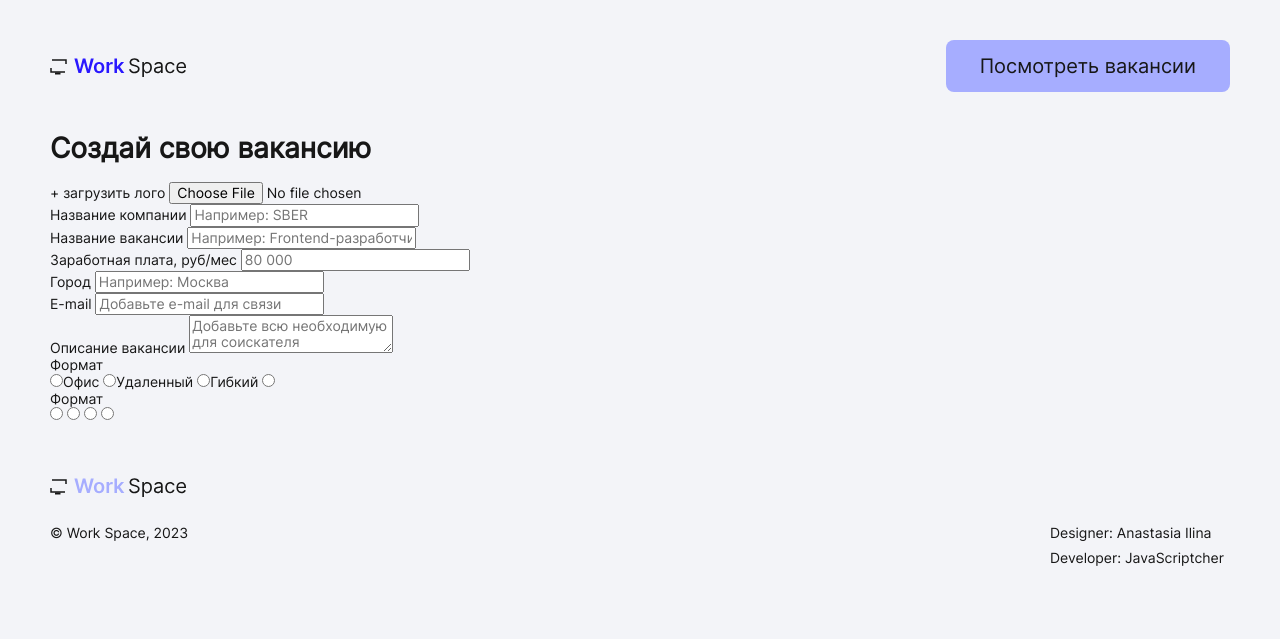
Repository: alexboagreek/workspace_js
Page: employer.html
An editor plug-in stored every save of this project. The page is shown before and after the next save, followed by the edit.
The browser window is 1280 px wide. The pictures show the whole page.

Above is the page before, as saved 2023-09-12 12:25:32.
Console error: TypeError: Cannot read properties of null (reading 'addEventListener')

### employer.html
<!DOCTYPE html>
<html lang="ru">
  <head>
    <meta charset="UTF-8" />
    <meta name="viewport" content="width=device-width, initial-scale=1.0" />
    <title>Workspace - добавить вакансию</title>

    <link rel="stylesheet" href="index.css" />

    <script src="js/choices.min.js" defer></script>
    <script src="js/script.js" defer></script>
  </head>

  <body>
    <header class="header">
      <div class="container header__container">
        <img class="header__logo" src="img/logo.svg" alt="Логитип WorkSpace" />

        <a class="header__link" href="#vacancies">Посмотреть вакансии</a>
      </div>
    </header>

    <main>
      <section class="employer">
        <div class="container">
          <h1 class="employer__title">Создай свою вакансию</h1>

          <form class="employer__form">
            <div class="employer__file file">
              <div class="file__wrap-preview">
                <img src="#" alt="" class="file__preview" />
              </div>

              <div class="file__wrap-btn">
                <label for="logo" class="file__label"> + загрузить лого </label>
                <input
                  name="logo"
                  type="file"
                  class="file__input"
                  id="logo"
                  accept="image/png, image/jpeg"
                />
              </div>

              <fieldset class="employer__fildset">
                <div class="employer__wrap-input">
                  <label class="employer__label" for="company"
                    >Название компании</label
                  >

                  <input
                    type="text"
                    class="employer__input"
                    id="company"
                    name="company"
                    placeholder="Например: SBER"
                  />
                </div>
              </fieldset>

              <fieldset class="employer__fieldset-input">
                <div class="employer__wrap-input">
                  <label class="employer__label" for="title"
                    >Название вакансии</label
                  >

                  <input
                    type="text"
                    class="employer__input"
                    id="title"
                    name="title"
                    placeholder="Например: Frontend-разработчик"
                  />
                </div>
              </fieldset>

              <fieldset class="employer__fildset">
                <div class="employer__wrap-input">
                  <label class="employer__label" for="salary"
                    >Заработная плата, руб/мес</label
                  >

                  <input
                    type="number"
                    class="employer__input"
                    id="salary"
                    name="salary"
                    placeholder="80 000"
                  />
                </div>
              </fieldset>

              <fieldset class="employer__fildset">
                <div class="employer__wrap-input">
                  <label class="employer__label" for="location">Город</label>

                  <input
                    type="text"
                    class="employer__input"
                    id="location"
                    name="location"
                    placeholder="Например: Москва"
                  />
                </div>
              </fieldset>

              <fieldset class="employer__fildset">
                <div class="employer__wrap-input">
                  <label class="employer__label" for="email">E-mail</label>

                  <input
                    type="email"
                    class="employer__input"
                    id="email"
                    name="email"
                    placeholder="Добавьте e-mail для связи"
                  />
                </div>
              </fieldset>
            </div>

            <fieldset class="employer__fieldset-textarea">
              <label class="employer__label" for="description"
                >Описание вакансии</label
              >

              <textarea
                class="employer__textarea"
                name="description"
                id="description"
                placeholder="Добавьте всю необходимую для соискателя информацию"
              ></textarea>
            </fieldset>


            <div class="employer__radio-buttons">

              <fieldset class="employer__fieldset-radio">
                <legend class="employer__legend">Формат</legend>

                <label class="employer__label-radio radio">
                  <input type="radio" class="radio__input" id="" name="" value="">Офис
                </label>

                <label class="employer__label-radio radio">
                  <input type="radio" class="radio__input" id="" name="" value="">Удаленный
                </label>

                <label class="employer__label-radio radio">
                  <input type="radio" class="radio__input" id="" name="" value="">Гибкий
                </label>

                <label class="employer__label-radio radio">
                  <input type="radio" class="radio__input" id="" name="" value="">
                </label>
              </fieldset>

              <fieldset class="employer__fieldset-radio">
                <legend class="employer__legend">Формат</legend>

                <label class="employer__label-radio radio">
                  <input type="radio" class="radio__input" id="" name="" value="">
                </label>

                <label class="employer__label-radio radio">
                  <input type="radio" class="radio__input" id="" name="" value="">
                </label>

                <label class="employer__label-radio radio">
                  <input type="radio" class="radio__input" id="" name="" value="">
                </label>

                <label class="employer__label-radio radio">
                  <input type="radio" class="radio__input" id="" name="" value="">
                </label>
              </fieldset>
            </div>
          </form>
        </div>
      </section>
    </main>

    <footer class="footer">
      <div class="container footer__container">
        <img
          class="footer__logo"
          src="img/logo-footer.svg"
          alt="Логотип WorkSpace"
        />

        <p class="footer__copyright">© Work Space, 2023</p>

        <ul class="footer__contacts">
          <li class="footer__contact">
            Designer:
            <a class="footer__link" href="#">Anastasia Ilina</a>
          </li>
          <li class="footer__contact">
            Developer:
            <a class="footer__link" href="#">JavaScriptcher</a>
          </li>
        </ul>
      </div>
    </footer>
  </body>
</html>

### index.css
@import "style/normalize.css";
@import "style/choices.min.css";
@import "style/style.css";
@import "style/header.css";
@import "style/hero.css";
@import "style/vacancies.css";
@import "style/filter.css";
@import "style/choices.css";
@import "style/checkbox.css";
@import "style/cards.css";
@import "style/vacancy.css";
@import "style/footer.css";
@import "style/modal.css";
@import "style/detail.css";

### style/style.css
@font-face {
  font-family: Inter;
  font-weight: 400;
  src: url("../fonts/inter-regular.woff2") format("woff2"),
    url("../fonts/inter-regular.woff") format("woff");
}

html {
  scroll-behavior: smooth;
  position: relative;
  box-sizing: border-box;
}

*,
*:before,
*:after {
  box-sizing: inherit;
}

body {
  min-width: 320px;
  min-height: 100vh;
  font-family: Inter, sans-serif;
  font-size: 14px;
  color: #171717;
  background-color: #f3f4f8;
  line-height: 1.2;
}

img,
svg {
  max-width: 100%;
  max-height: 100%;
  height: auto;
}

button {
  padding: 0;
  border: 0;
  cursor: pointer;
  background-color: transparent;
}

a {
  text-decoration: none;
  color: inherit;
}

ul {
  padding: 0;
  margin: 0;
  list-style: none;
}

h1,
h2,
h3,
p {
  margin: 0;
}

fieldset {
  padding: 0;
  margin: 0;
  border: 0;
}

.visually-hidden {
  position: fixed;
  transform: scale(0);
}

.container {
  --width: 1180px;
  --padding: 30px;
  max-width: calc(var(--width) + var(--padding) * 2);
  margin: 0 auto;
  padding: 0 var(--padding);
}

.blue-text {
  color: #2a18ff;
}

@media (max-width: 1140px) {
  .container {
    --width: 880px;
  }
}

@media (max-width: 940px) {
  .container {
    --width: 680px;
  }
}

@media (max-width: 640px) {
  .container {
    --padding: 15px;
  }
}

### style/header.css
.header {
  padding: 40px 0;
}

.header__container {
  display: flex;
  align-items: center;
  justify-content: space-between;
}

.header__link {
  padding: 12px 32px;
  border-radius: 8px;
  background-color: #a6adff;
  font-size: 20px;
  border: 2px solid transparent;
  transition-property: color, background-color;
  transition-duration: 0.2s;
  transition-timing-function: ease-in-out;
}

.header__link:focus-visible {
  border-color: #4f58be;
}

.header__link:hover {
  color: #fff;
  background-color: #2a18ff;
}

@media (max-width: 1140px) {
  .header {
    padding: 32px 0 40px;
  }
}

@media (max-width: 940px) {
  .header {
    padding: 24px 0 30px;
  }

  .header__link {
    padding: 8px 23px;
    font-size: 14px;
  }
}

@media (max-width: 640px) {
  .header {
    padding: 24px 0 20px;
  }

  .header__link {
    display: none;
  }
}

### style/hero.css
.hero {
  padding: 60px 0 50px;
}

.hero__container {
  position: relative;
  padding-top: 57px;
  padding-bottom: 57px;
}

.hero__container:after {
  content: "";
  position: absolute;
  right: -9px;
  top: 0;
  bottom: 0;
  width: 421px;
  background: url("../img/laptop.png") no-repeat center/contain;
}

.hero__title {
  position: relative;
  z-index: 2;
  max-width: 780px;
  font-size: 90px;
  letter-spacing: 1.8px;
  text-transform: uppercase;
}

@media (max-width: 1140px) {
  .hero {
    padding: 40px 0;
  }

  .hero__container {
    padding-top: 53px;
    padding-bottom: 53px;
  }

  .hero__container:after {
    width: 340px;
  }

  .hero__title {
    max-width: 580px;
    font-size: 64px;
    letter-spacing: 1.28px;
  }
}

@media (max-width: 940px) {
  .hero {
    padding: 30px 0;
  }

  .hero__container {
    padding-top: 40px;
    padding-bottom: 40px;
  }

  .hero__container:after {
    width: 269px;
  }

  .hero__title {
    max-width: 450px;
    font-size: 52px;
    letter-spacing: 1.04px;
  }
}

@media (max-width: 640px) {
  .hero {
    padding-top: 20px;
    padding-bottom: 10px;
  }

  .hero__container {
    padding-top: 0;
    padding-bottom: 234px;
  }

  .hero__title {
    max-width: 290px;
    text-align: center;
    margin: 0 auto;
    font-size: 32px;
  }

  .hero__container:after {
    right: auto;
    top: auto;
    height: 269px;
    left: 50%;
    transform: translateX(-50%);
    background-position: bottom;
  }
}

### style/vacancies.css
.vacancies {
  padding: 50px 0;
}

.vacancies__container {
  display: flex;
  align-items: start;
  gap: 24px 20px;
}

.vacancies__filter-btn {
  display: none;
}

.vacancies__filter {
  flex: 0 0 280px;
}

.vacancies__cards {
  flex-basis: 100%;
}

@media (max-width: 1140px) {
  .vacancies {
    padding: 40px 0;
  }
}

@media (max-width: 940px) {
  .vacancies {
    padding: 30px 0;
  }

  .vacancies__container {
    flex-direction: column;
    row-gap: 0;
  }

  .vacancies__filter-btn {
    display: flex;
    align-items: center;
    margin-bottom: 24px;
    transition-property: margin-bottom, color;
    transition-duration: 0.2s, 0.3s;
    transition-timing-function: ease-in-out;
    transition-delay: 0.2s, 0s;
    color: #2a18ff;
    line-height: 20px;
  }

  .vacancies__filter-btn:hover:not(:focus) {
    color: #a6adff;
  }

  .vacancies__filter-btn-arrow {
    position: relative;
    top: -2px;
    display: block;
    width: 20px;
    height: 20px;
  }

  .vacancies__filter-btn_active {
    margin-bottom: 32px;
    transition-delay: 0s;
  }

  .vacancies__filter-btn_active .vacancies__filter-btn-arrow {
    transform: rotate(180deg);
    top: 2px;
  }

  .vacancies__filter {
    width: 100%;
    flex-basis: auto;
    height: 0;
    overflow: hidden;
    transition: height 0.4s ease-in-out;
  }

  .vacancies__filter_active {
    height: auto;
    margin-bottom: 40px;
  }

  .vacancies__cards {
    width: 100%;
  }
}

@media (max-width: 640px) {
  .vacancies__filter-btn_active {
    margin-bottom: 24px;
  }
}

### style/filter.css
.filter {
  position: relative;
}

.filter__reset {
  position: absolute;
  top: 7px;
  right: 0;
  color: #ccc;
}

.filter__title {
  font-size: 20px;
  font-weight: 400;
  margin-bottom: 32px;
}

.filter__form {
  display: flex;
  flex-direction: column;
  gap: 32px;
}

.filter__fieldset {
  display: flex;
  flex-direction: column;
  align-items: start;
}

.filter__legend {
  margin-bottom: 12px;
}

.filter__select {
  width: 100%;
}

.filter__range {
  display: flex;
  align-items: center;
  justify-content: space-between;
  gap: 10px;
}

.filter__label:not(:last-child) {
  margin-bottom: 8px;
}

.filter__input {
  flex: 1 1 50%;
  width: 100%;
  padding: 0 16px;
  height: 32px;
  border: 0;
}

.filter__input::placeholder {
  color: #ccc;
}

.filter__checkboxes {
  display: flex;
  flex-direction: column;
  gap: 32px;
}

.filter__button {
  padding: 8px 24px;
  border-radius: 4px;
  background-color: #a6adff;
  border: 2px solid transparent;
  transition-property: color, background-color;
  transition-duration: 0.2s;
  transition-timing-function: ease-in-out;
}

.filter__button:focus-visible {
  border-color: #4f58be;
}

.filter__button:hover {
  color: #fff;
  background-color: #2a18ff;
}

@media (max-width: 940px) {
  .filter__title {
    position: fixed;
    transform: scale(0);
  }

  .filter__input {
    max-width: 140px;
  }

  .filter__checkboxes {
    display: grid;
    grid-template-columns: repeat(auto-fit, minmax(180px, 1fr));
    gap: 24px 70px;
  }

  .filter__buttons {
    display: flex;
    gap: 16px;
    align-items: center;
  }

  .filter__reset {
    position: static;
  }
}

### style/choices.css
.choices {
  width: 100%;
}

.choices__inner {
  background-color: #fff;
  padding: 6px 16px;
  min-height: 32px;
  border: 0;
}

.choices__list--single {
  padding: 0;
}

.choices[data-type*="select-one"]::after {
  width: 20px;
  height: 20px;
  background: url("../img/arrow.svg") no-repeat center/contain;
  border: 0;
  top: 6px;
  right: 16px;
  margin-top: 0;
}

.choices[data-type*="select-one"].is-open::after {
  transform: rotate(180deg);
  margin-top: 0;
}

### style/checkbox.css
.checkbox {
  position: relative;
  display: block;
  line-height: 20px;
  padding-left: 28px;
}

.checkbox__input {
  -webkit-appearance: none;
  -moz-appearance: none;
  appearance: none;
  position: absolute;
  width: 20px;
  height: 20px;
  left: 0;
  top: 0;
  bottom: 0;
  background-color: #fff;
  border-radius: 4px;
}

.checkbox__input:after {
  content: "";
  position: absolute;
  inset: 0;
  display: block;
  background: url("../img/check.svg") no-repeat center;
  opacity: 0;
  transition: opacity 0.2s ease-in-out;
}

.checkbox__input:checked:after {
  opacity: 1;
}

.checkbox__input:focus-visible {
  outline: none;
  box-shadow: 0px 2px 10px rgba(0, 0, 0, 0.25);
}

.checkbox__input:hover:not(:disabled) {
  box-shadow: 0px 2px 10px rgba(166, 173, 255, 0.55);
}

.checkbox__input:disabled {
  background-color: #ccc;
}

### style/cards.css
.cards__list {
  display: grid;
  grid-template-columns: repeat(auto-fit, minmax(280px, 1fr));
  gap: 20px;
}

@media (max-width: 940px) {
  .cards__list {
    grid-template-columns: repeat(auto-fit, minmax(220px, 1fr));
    gap: 10px;
  }
}

### style/vacancy.css
.vacancy {
  border-radius: 16px;
  background-color: #fff;
  padding: 16px;
  height: 100%;
  cursor: pointer;
  outline: none;
  border: 2px solid transparent;
}

.vacancy:hover {
  background-color: #f9faff;
}

.vacancy:focus-visible {
  border-color: #a6adff;
}

.vacancy__img {
  max-height: 44px;
  margin-bottom: 12px;
  display: block;
}

.vacancy__company {
  font-size: 20px;
  margin-bottom: 8px;
}

.vacancy__title {
  display: inline-block;
  padding: 3px 5px;
  font-size: 14px;
  font-weight: 400;
  border-radius: 4px;
  background-color: #eaecff;
  margin-bottom: 8px;
}

.vacancy__field {
  color: #ccc;
}

### style/footer.css
.footer {
  padding: 50px 0 40px;
}

.footer__container {
  display: grid;
  gap: 27px;
  grid-template-areas:
    "logo ."
    "copyright contacts";
}

.footer__logo {
  grid-area: logo;
}

.footer__copyright {
  grid-area: copyright;
}

.footer__contacts {
  grid-area: contacts;
  justify-self: end;
  min-width: 180px;
}

.footer__contact {
  margin-bottom: 8px;
}

.footer__contact:last-child {
  margin-bottom: 0;
}

.footer__link:hover {
  color: brown;
}

@media (max-width: 1140px) {
  .footer {
    padding: 40px 0 32px;
  }
}

@media (max-width: 940px) {
  .footer {
    padding: 30px 0 24px;
  }
}

@media (max-width: 640px) {
  .footer {
    padding-top: 20px;
  }

  .footer__container {
    grid-template-areas:
      "logo"
      "copyright"
      "contacts";
  }

  .footer__contacts {
    justify-self: start;
  }
}

### style/modal.css
.modal {
  position: fixed;
  z-index: 10;
  inset: 0;
  background-color: rgba(0, 0, 0, 0.5);
  cursor: pointer;
  padding: 30px;
  overflow-y: auto;
  display: flex;
}

.modal__main {
  position: relative;
  margin: auto;
  cursor: default;
}

.modal__close {
  background-color: transparent;
  border: none;
  cursor: pointer;
  position: absolute;
  top: 12px;
  right: 12px;
  padding: 0;
  line-height: 0;
  outline: 1px solid transparent;
  border-radius: 3px;
}

.modal__close:focus-visible {
  outline-color: gray;
}

@media (max-width: 640px) {
  .modal {
    padding: 30px 15px;
  }
}

### style/detail.css
.detail {
  max-width: 780px;
  border-radius: 16px;
  box-shadow: 0px 10px 50px 0px rgba(4, 0, 49, 0.1);
  background: #fff url("../img/likemen.png") no-repeat bottom right;
  background-size: 150px;
  padding: 36px 36px 80px;
}

.detail__header {
  display: grid;
  grid-template-columns: 101px 1fr;
  gap: 12px 20px;
  margin-bottom: 32px;
}

.detail__logo {
  width: 100%;
  max-height: 101px;
  grid-row: 1 / 3;
  align-self: center;
  justify-self: start;
}

.detail__company {
  font-size: 32px;
  letter-spacing: 0.64px;
  align-self: end;
  justify-self: start;
}

.detail__title {
  font-size: 20px;
  font-weight: 400;
  align-self: start;
  justify-self: start;
  border-radius: 4px;
  background-color: #eaecff;
  padding: 5px 10px;
}

.detail__main {
  display: flex;
  gap: 20px;
  margin-bottom: 32px;
}

.detail__description {
  max-width: 465px;
  line-height: 1.4;
}

.detail__fields {
  display: flex;
  flex-direction: column;
  align-items: start;
  gap: 4px;
}

.detail__field {
  padding: 3px 10px;
  border-radius: 30px;
  background-color: #eaecff;
}

.detail__resume {
  line-height: 1.4;
}

@media (max-width: 940px) {
  .detail {
    max-width: 680px;
    padding: 24px 24px 72px;
  }

  .detail__main {
    gap: 10px;
  }

  .detail__description {
    max-width: 418px;
  }
}

@media (max-width: 640px) {
  .detail {
    padding: 24px 15px;
    background-image: none;
  }

  .detail__header {
    grid-template-columns: 60px 1fr;
    gap: 4px 8px;
    margin-bottom: 24px;
  }

  .detail__company {
    font-size: 20px;
    letter-spacing: 0.4px;
  }

  .detail__title {
    font-size: 12px;
  }

  .detail__main {
    flex-direction: column;
    gap: 24px;
    margin-bottom: 24px;
  }

  .detail__description {
    max-width: 100%;
  }
}

Loaded but not shown: js/choices.min.js (library); style/normalize.css (library); style/choices.min.css (library); js/script.js (300 lines, source omitted)

After the next save:
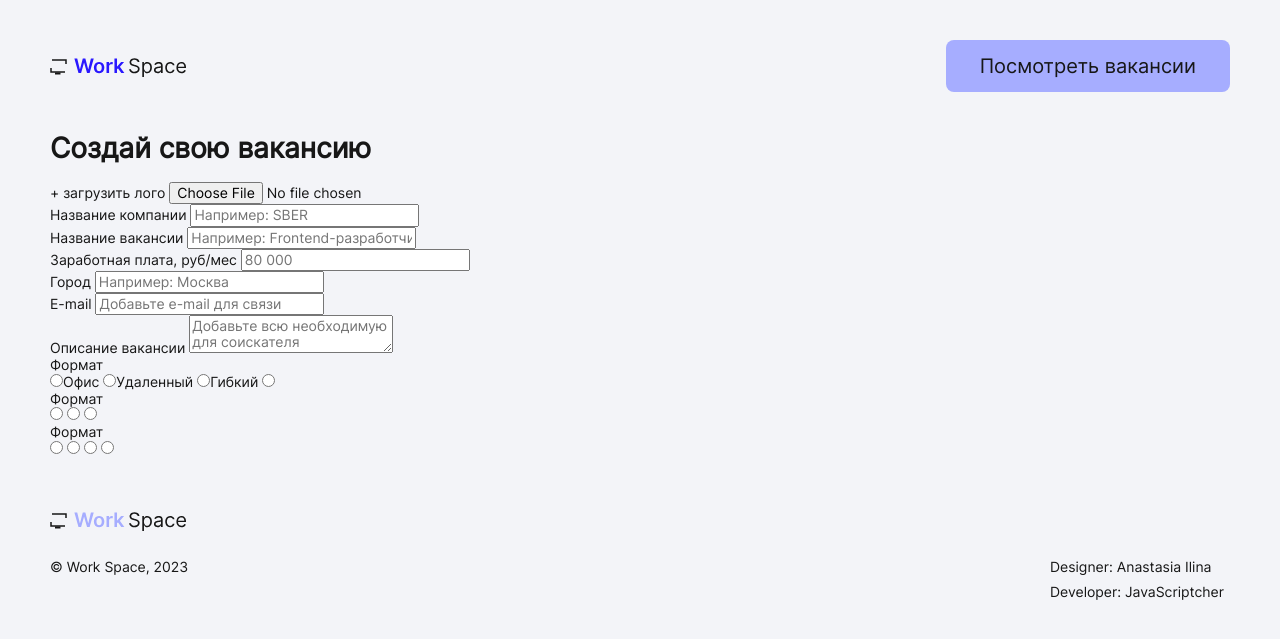
Saved 4 s later.
--- a/employer.html
+++ b/employer.html
@@ -148,6 +148,22 @@
 
                 <label class="employer__label-radio radio">
                   <input type="radio" class="radio__input" id="" name="" value="">Гибкий
+                </label>
+
+                <label class="employer__label-radio radio">
+                  <input type="radio" class="radio__input" id="" name="" value="">
+                </label>
+              </fieldset>
+
+              <fieldset class="employer__fieldset-radio">
+                <legend class="employer__legend">Формат</legend>
+
+                <label class="employer__label-radio radio">
+                  <input type="radio" class="radio__input" id="" name="" value="">
+                </label>
+
+                <label class="employer__label-radio radio">
+                  <input type="radio" class="radio__input" id="" name="" value="">
                 </label>
 
                 <label class="employer__label-radio radio">
